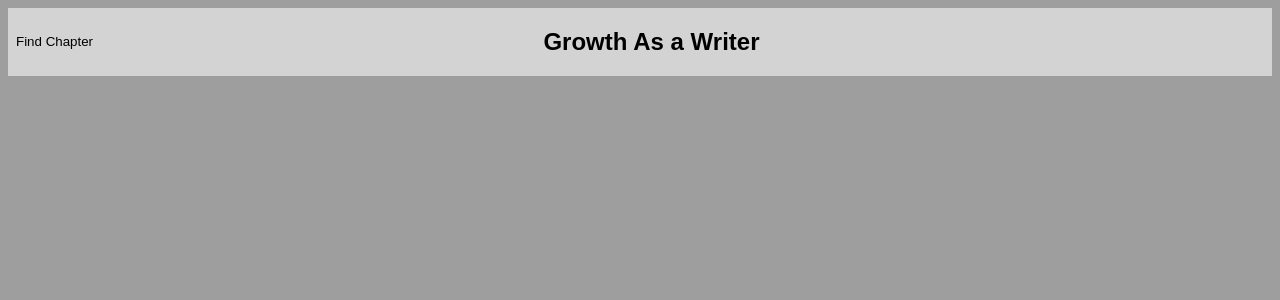
Repository: jpaisiem/WP-4
Page: index.html
The author's editor kept a copy of each file at every save. The page is drawn from the files as they stood at one save, then again after the next save.
The browser window is 1280 px wide. The pictures show the whole page.

Above is the page before, as saved 2025-04-29 12:00:19.

After the next save:
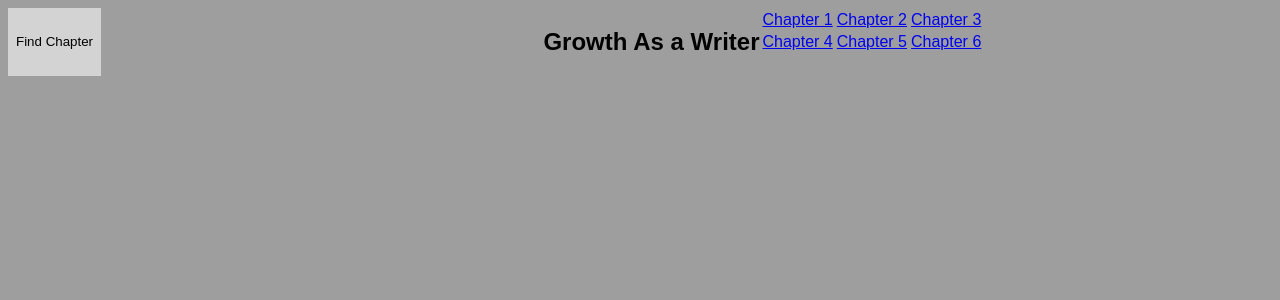
Saved 11 s later.
--- a/index.html
+++ b/index.html
@@ -90,7 +90,7 @@
 </style>
 </head>
 <body>
-<div class="popup" onclick="myFunction()" style=" text-align: left; display: flex; flex-direction: row;"><button style="margin-right: 35%; background-color: lightgray; border-color: transparent;">Find Chapter</button><h2>Growth As a Writer</h2>
+<div style=" text-align: left; display: flex; flex-direction: row;"><button style="margin-right: 35%; background-color: lightgray; border-color: transparent;">Find Chapter</button><h2>Growth As a Writer</h2>
   <br>
   <br>
   <br>
